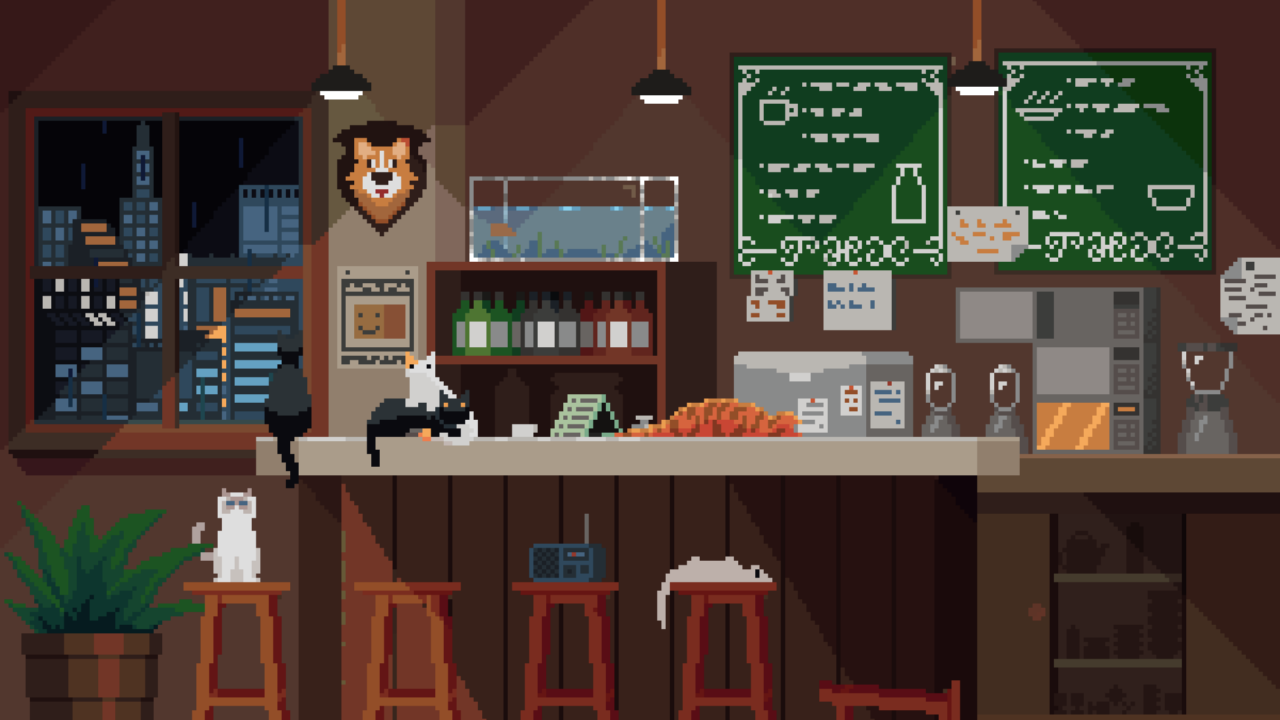
Repository: kayacancode/stixnbrix2dpixel
Page: / (app in my-app/)
These files come from the project's save history. The page is drawn as it stood at one moment and after a run of saves; the edit follows.
The browser window is 1280 px wide. The pictures show the whole page.
The project was rebuilt for these pictures with package versions that can differ from the ones it lists, and the page was loaded fresh each time. The framework's server and built-in components were replaced by stand-ins that run in the browser. Also part of the build but not shown: my-app/next.config.js, my-app/styles/globals.css.

Above is the page before, as saved 2023-03-25 17:44:49.

After the next 2 saves:
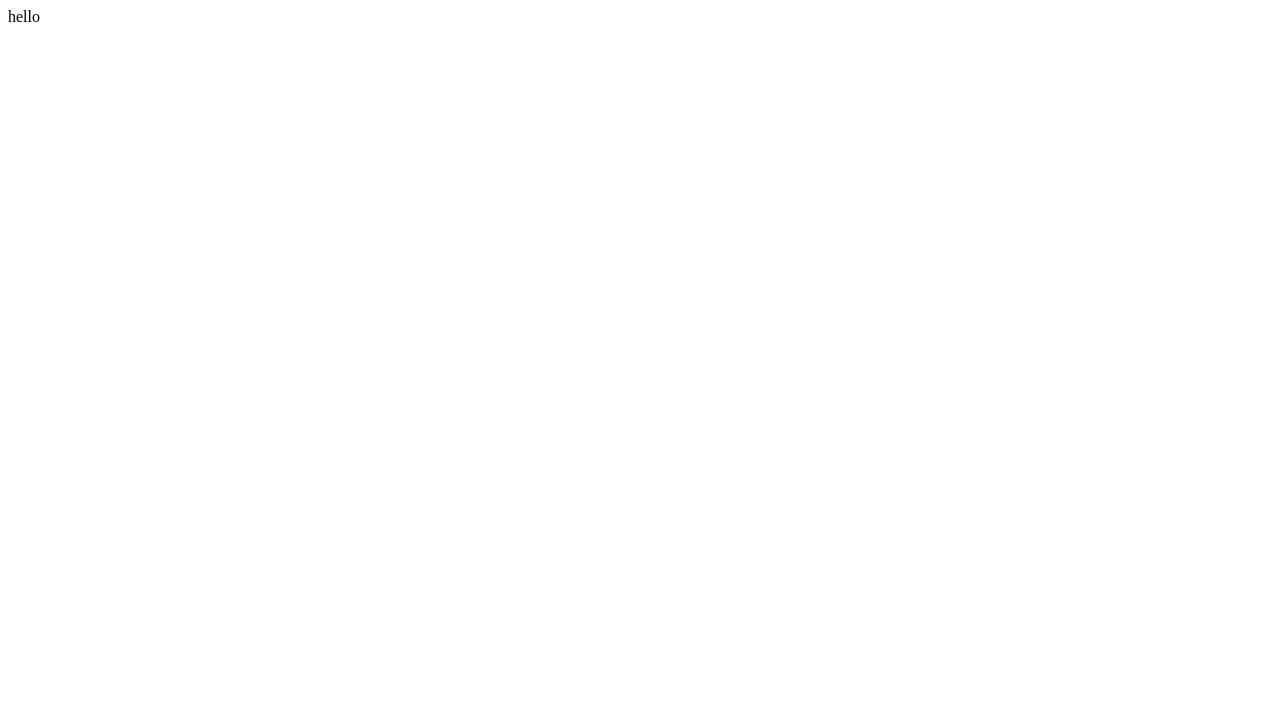
The 2 saves are shown as one change because they came seconds apart.
The last was saved 10 s later.
--- a/my-app/pages/index.tsx
+++ b/my-app/pages/index.tsx
@@ -12,12 +12,7 @@
   <div className="">
     hello
 
-        <Image src="/bg.png" alt="Your Image" layout="fill" objectFit="cover" />
 
-        <div className="text-center">
-          <h1 className="text-4xl font-bold">Title</h1>
-          <p className="text-xl mt-4">Lorem ipsum dolor sit amet, consectetur adipiscing elit. Nullam et mauris nec nisl tincidunt pharetra. Proin dignissim ex sit amet urna dignissim suscipit.</p>
-        </div>
 
     </div>
     </>

After the save that followed:
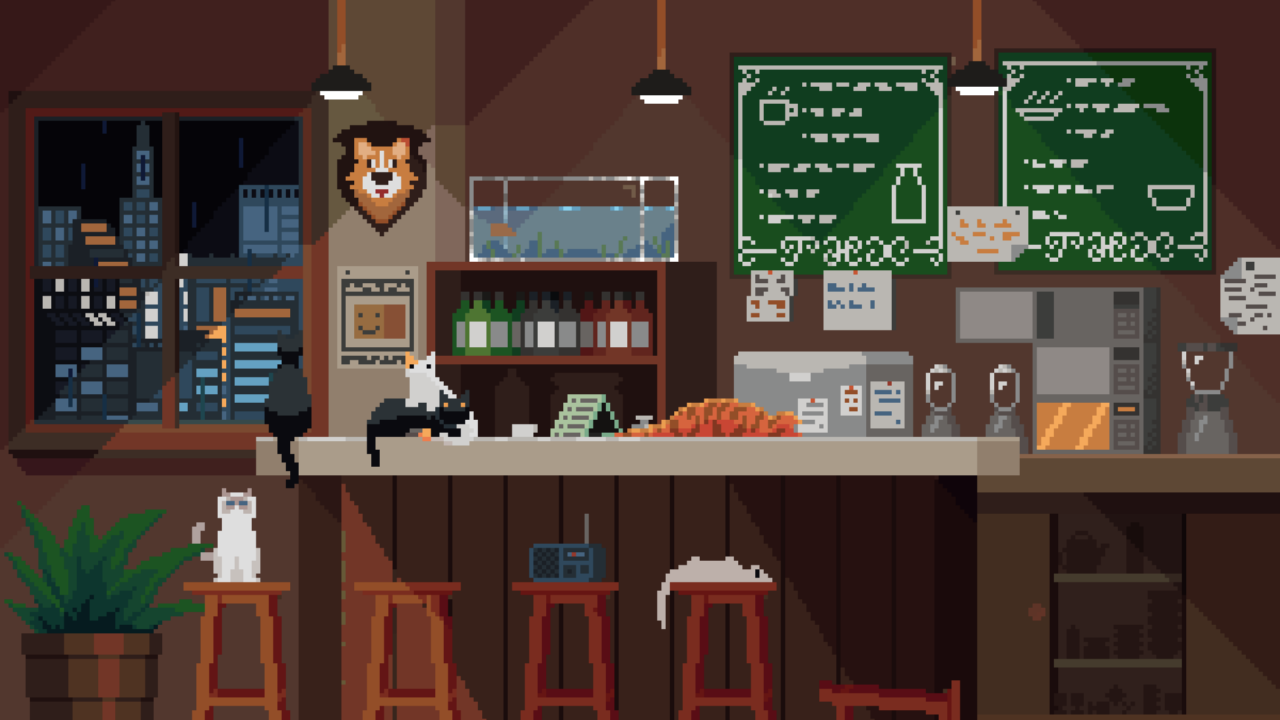
Saved 5 s later.
--- a/my-app/pages/index.tsx
+++ b/my-app/pages/index.tsx
@@ -12,6 +12,7 @@
   <div className="">
     hello
 
+        <Image src="/bg.png" alt="Your Image" layout="fill" objectFit="cover" />
 
 
     </div>
